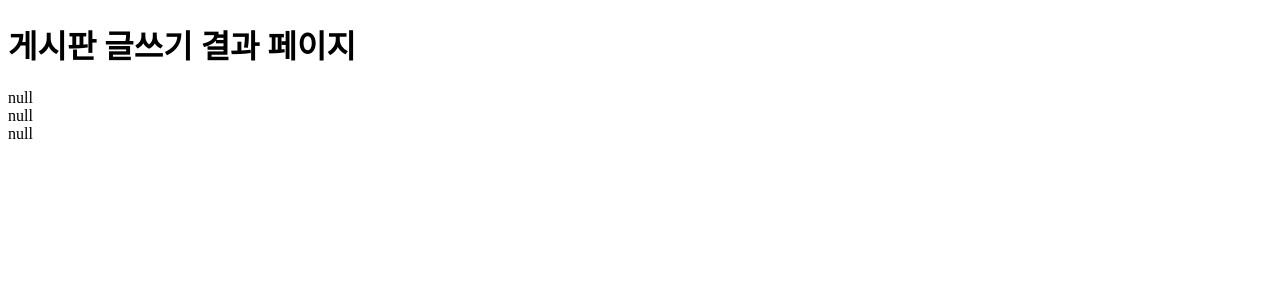
Repository: ljh5973/labweb
Page: http://localhost/JSP02/10_board_result.jsp
An editor plug-in stored every save of this project. The page is shown before and after the next save, followed by the edit.
The browser window is 1280 px wide. The pictures show the whole page.
The page is served by Tomcat 9. Other server files are loaded and not shown.

Above is the page before, as saved 2022-01-10 04:56:37.

### JSP02/webapp/10_board_result.jsp
<%@ page language="java" contentType="text/html; charset=UTF-8"
    pageEncoding="UTF-8"%>
<%@ page trimDirectiveWhitespaces="true"%>
<!DOCTYPE html>
<html>
	<head>
		<meta charset="UTF-8">
		<title>JSP</title>
	</head>
	<body>

	<h1>게시판 글쓰기 결과 페이지</h1>
	<div id="boardId"><%= request.getParameter("boardId") %></div>
	<div id="title"><%= request.getParameter("title") %></div>
	<div id="content"><%= request.getParameter("content") %></div>

	</body>
</html>

After the next save:
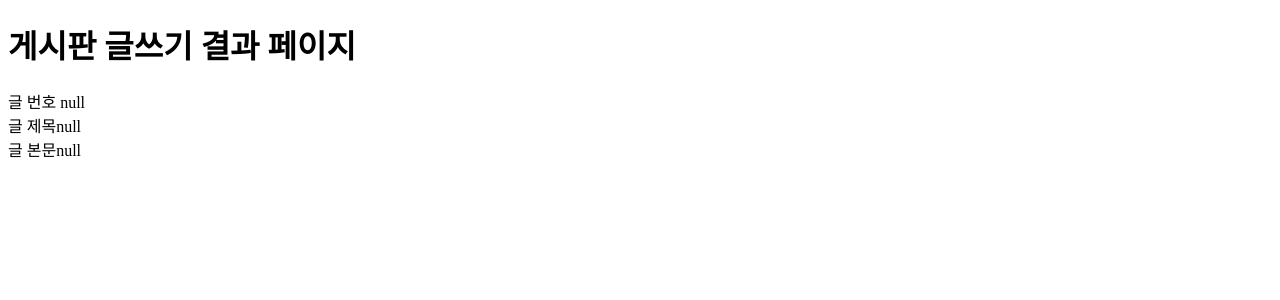
Saved 24 s later.
--- a/JSP02/webapp/10_board_result.jsp
+++ b/JSP02/webapp/10_board_result.jsp
@@ -10,9 +10,9 @@
 	<body>
 
 	<h1>게시판 글쓰기 결과 페이지</h1>
-	<div id="boardId"><%= request.getParameter("boardId") %></div>
-	<div id="title"><%= request.getParameter("title") %></div>
-	<div id="content"><%= request.getParameter("content") %></div>
+	<div id="boardId">글 번호 <%= request.getParameter("boardId") %></div>
+	<div id="title">글 제목<%= request.getParameter("title") %></div>
+	<div id="content">글 본문<%= request.getParameter("content") %></div>
 
 	</body>
 </html>
